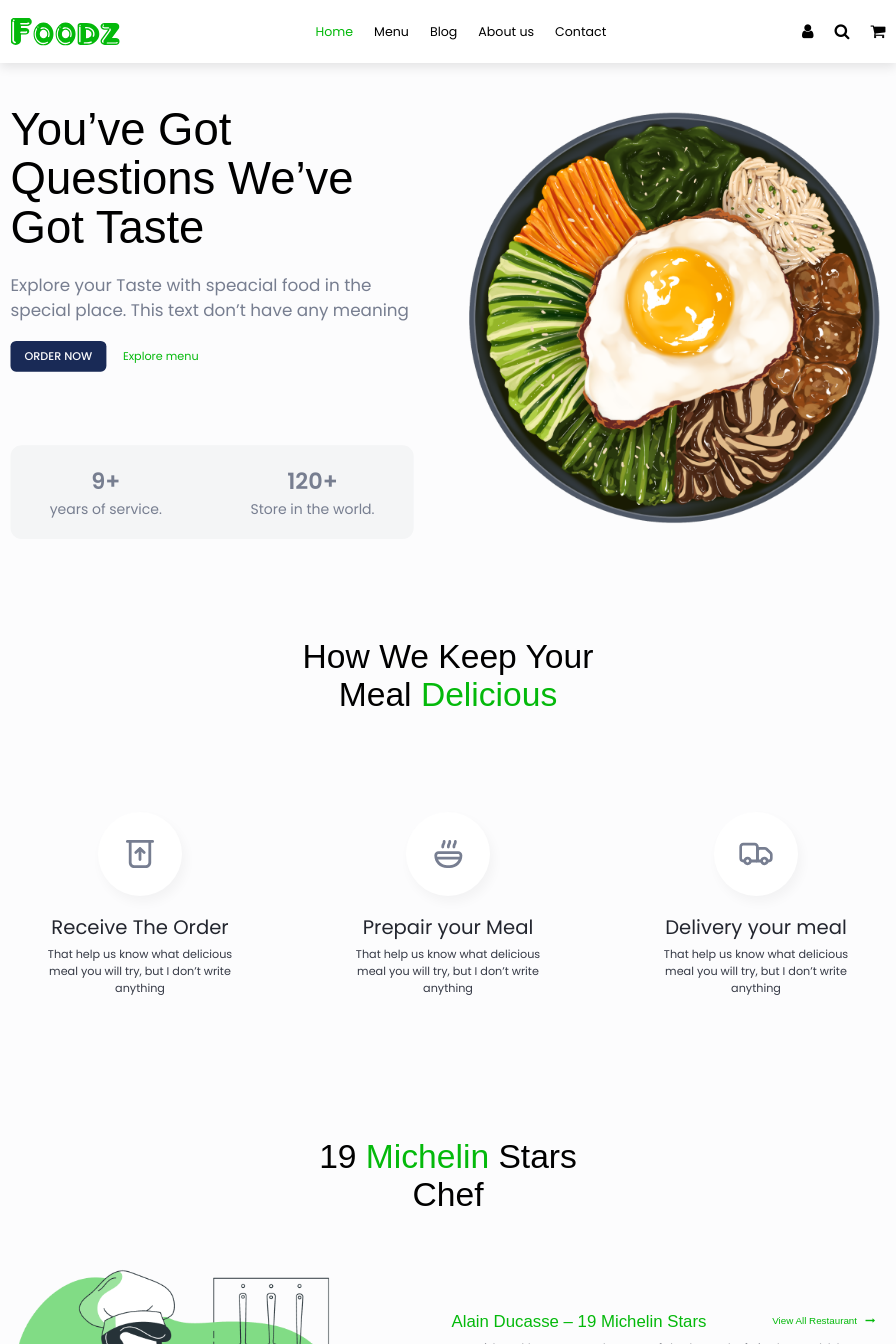
Repository: Toan3333/fooz
Page: index.html
An editor plug-in stored every save of this project. The page is shown before and after the next save, followed by the edit.
The browser window is 1280 px wide. The pictures show the part of the page from y = 0 to 1920 px (the page is 3486 px tall), at 70% of full size.
The pointer rests on the first visible `.button-primary`.
Some web fonts or font styles are not loaded; a fallback is used.

Above is the page before, as saved 2023-05-19 11:33:03.

After the next save:
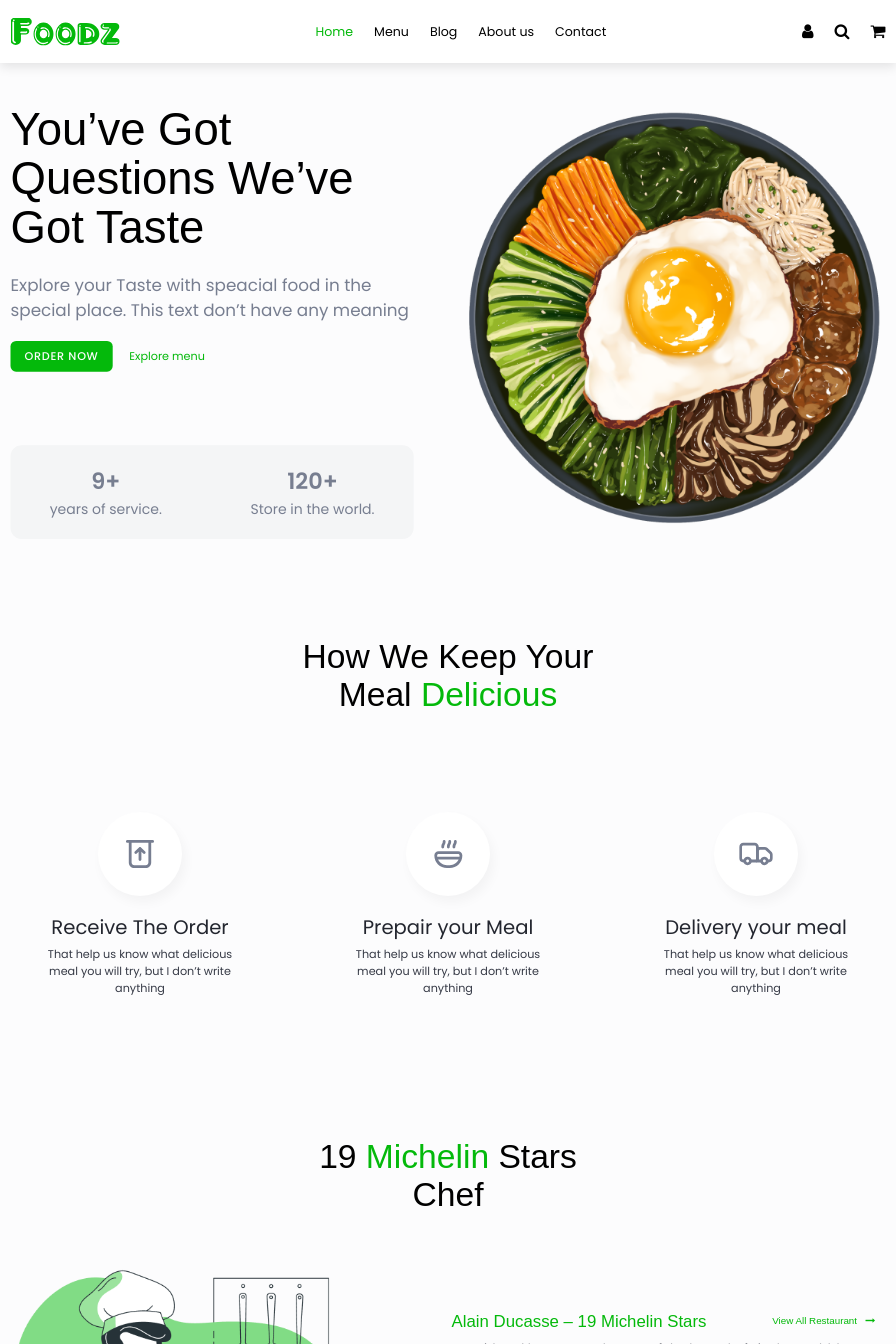
Saved 53 s later.
--- a/assets/css/style.css
+++ b/assets/css/style.css
@@ -157,6 +157,10 @@
   font-weight: 500;
   color: var(--bg-primary);
 }
+.button-primary:hover {
+  background-color: var(--primary-color);
+  letter-spacing: 1px;
+}
 .hero-info {
   max-width: 576px;
   width: 100%;
